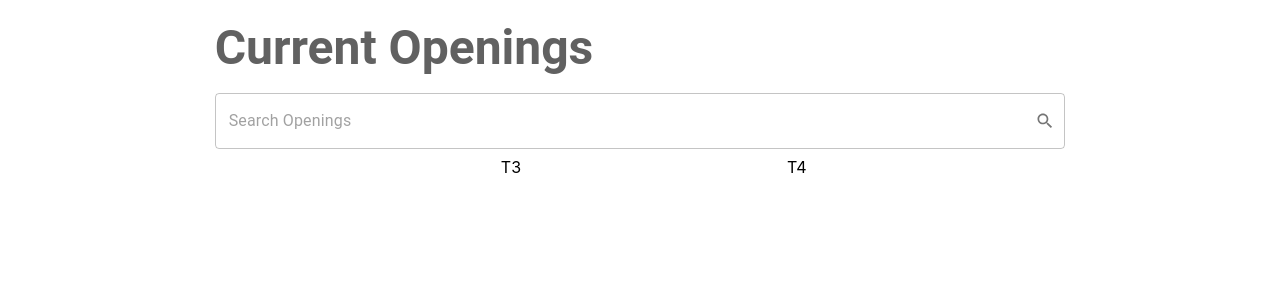
Repository: samihankuttan/technorix
Page: / (app in interview-test/)
An editor plug-in stored every save of this project. The page is shown before and after the next save, followed by the edit.
The browser window is 1280 px wide. The pictures show the whole page.
The page's requests for data from a server got no answer. The project was rebuilt for these pictures with package versions that can differ from the ones it lists, and the page was loaded fresh each time. No one was signed in, and anything a server would have sent is missing. Also part of the build but not shown: interview-test/src/components/Card1.js, interview-test/src/components/Card2.js.

Above is the page before, as saved 2022-07-20 23:56:29.

After the next save:
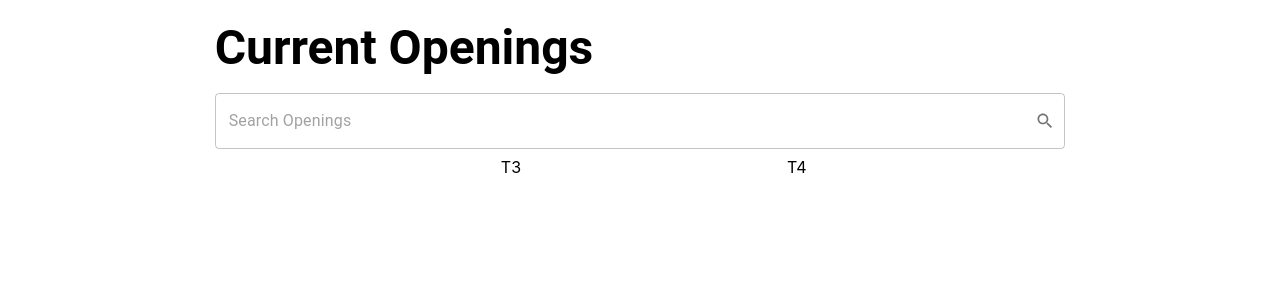
Saved 19 s later.
--- a/interview-test/src/App.css
+++ b/interview-test/src/App.css
@@ -3,3 +3,9 @@
   font-weight: bold !important;
   color: #616161 !important;
 }
+
+.title1{
+  letter-spacing: 1;
+  font-weight: bold !important;
+  color: #000 !important;
+}

After the save that followed:
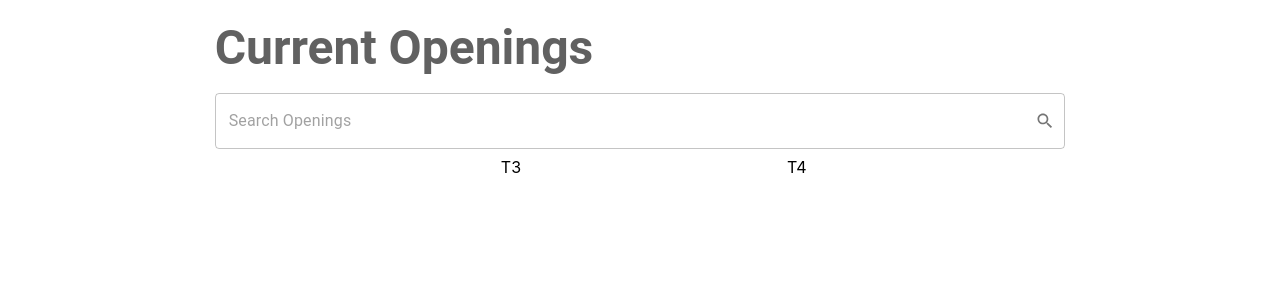
Saved 70 s later.
--- a/interview-test/src/App.css
+++ b/interview-test/src/App.css
@@ -4,7 +4,7 @@
   color: #616161 !important;
 }
 
-.title1{
+.title2{
   letter-spacing: 1;
   font-weight: bold !important;
   color: #000 !important;
